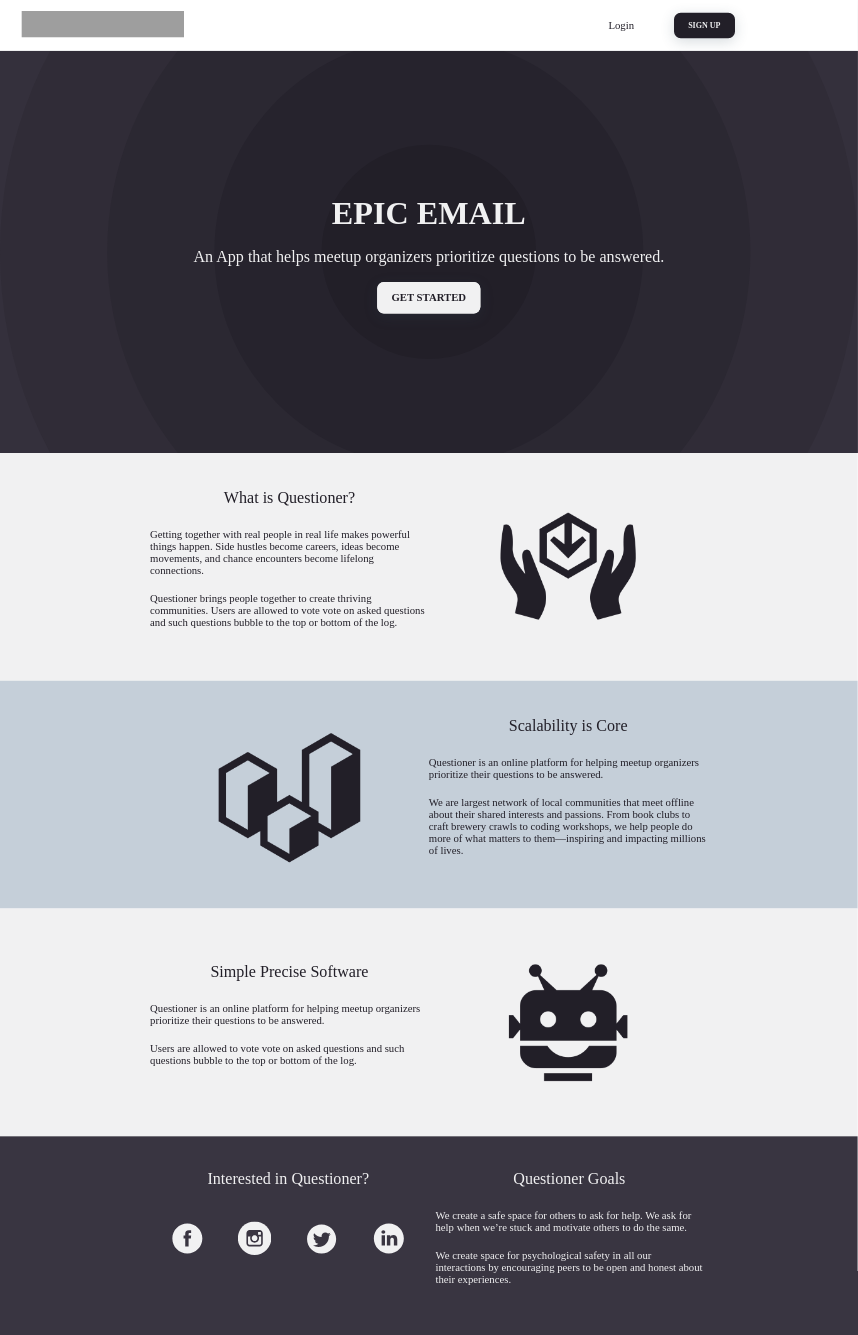
Repository: Gfreedoms/Epic-Mail
Page: index.html
These files come from the project's save history. The page is drawn as it stood at one moment and after the next save; the edit follows.
The browser window is 1280 px wide. The pictures show the whole page, at 67% of full size.
Pictures or frames that could not be fetched are drawn as grey boxes. Backgrounds fixed to the window are drawn as part of the page. Some web fonts or font styles are not loaded; a fallback is used.

Above is the page before, as saved 2019-02-22 00:24:19.

After the next save:
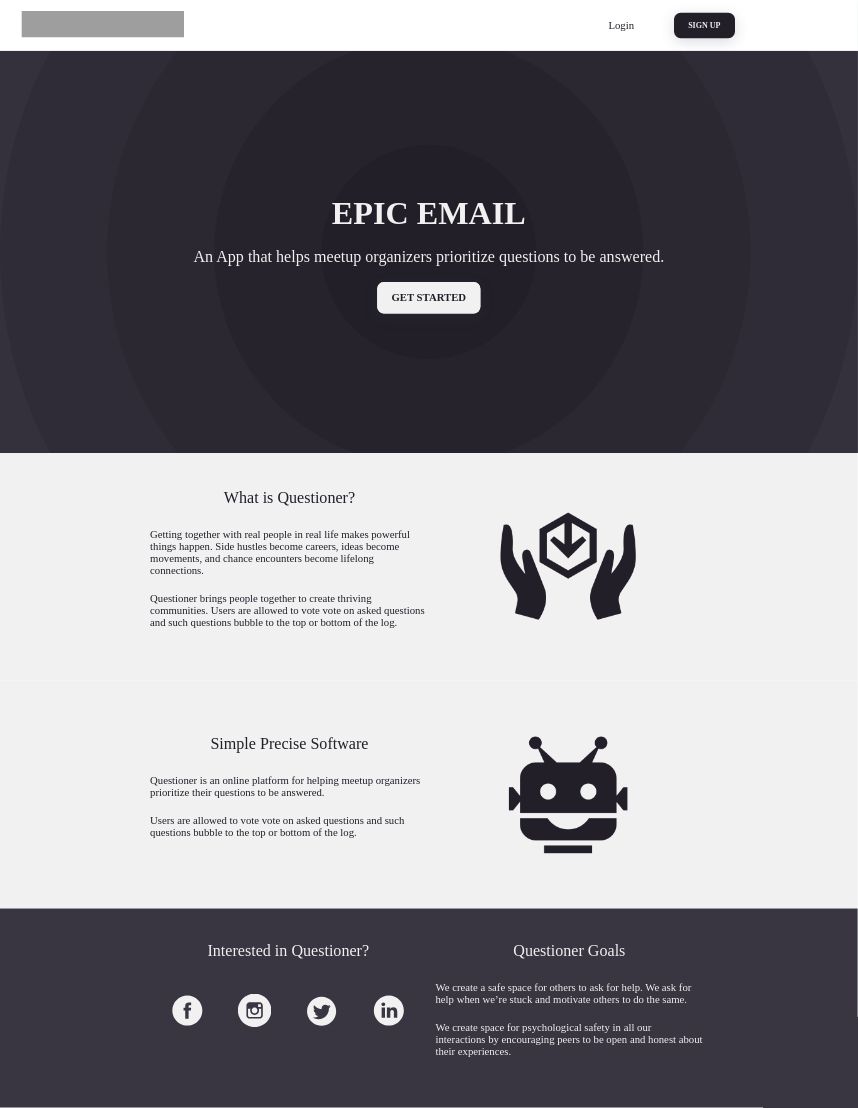
Saved 10 h 43 min later.
--- a/index.html
+++ b/index.html
@@ -74,25 +74,7 @@
 		</div>
 	</section>
 
-	<section class="info-platform">
-		<div class="container">
-			<div class="info-action">
-				<img src="./assets/imgs/4023888-512.png" alt="">
-			</div>
-			<div class="info-desc">
-				<h3 class="md-text">Scalability is Core</h3>
-				<p class="sm-text">
-					Questioner is an online platform for helping meetup organizers prioritize their
-					questions to be answered.
-				</p>
-				<p class="sm-text">
-					We are largest network of local communities that meet offline about their shared interests and passions. From book
-					clubs to craft brewery crawls to coding workshops, we help people do more of what matters to them—inspiring and
-					impacting millions of lives.
-				</p>
-			</div>
-		</div>
-	</section>
+
 
 	<section class="info-expl">
 		<div class="container">
